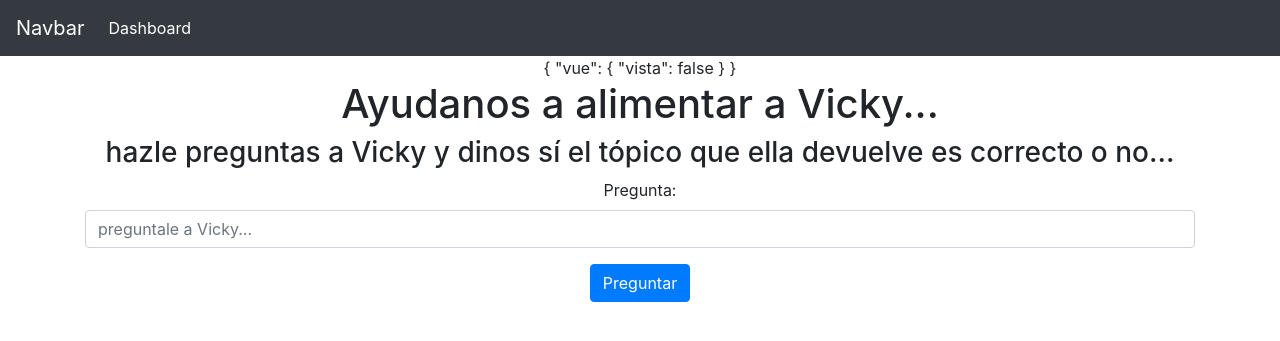
Repository: Crixtiancub/feedback_Vicky
Page: vicky/templates/dashboard.html
These files come from the project's save history. The page is drawn as it stood at one moment and after the next save; the edit follows.
The browser window is 1280 px wide. The pictures show the whole page.
The page is served by the project's application, run on Django 3.2 (manage.py). Other server files are loaded and not shown. The template is opened directly, without the code that normally fills it, so the values that code supplies are empty.

Above is the page before, as saved 2021-05-12 16:02:41.

### vicky/templates/dashboard.html
{% extends 'main.html' %}

{% block content %}

<div id="form_vicky" class="container text-center">

    [[ $data ]]

    <h1>Ayudanos a alimentar a Vicky...</h1>

    <h3>hazle {{ num_visits }} {%if num_visits == 1%} pregunta{% else %}
        preguntas{% endif %}  a Vicky y dinos sí el tópico que ella
        devuelve es correcto o no...</h3>

    <form id="preguntar_Vicky" action="{% url 'home' %}" @submit="vue.vista = true" method="POST">
        {% csrf_token%}

        <div class="form-group">
            <label for="txt_pregunta_Vicky">Pregunta:</label><br>

            <input type="text" id="txt_pregunta_Vicky"
            name="pregunta_Vicky" v-model="pregunta" class="col-sm form-control"
            placeholder="preguntale a Vicky..." required>
        </div>

        <button id="preguntar" class="btn btn-primary" type="submit">Preguntar</button>
    </form>

    <br>

    <template v-if="vue.vista">

        <form action="{% url 'home' %}" @submit="vue.vista = false" method="POST">
            {% csrf_token%}

            <h3>Su pregunta para Vicky fue...</h3>
            <input type="text" aling="center" class="col-sm-8"
            readonly name="retorno_Pregunta" value="{{ pregunta }}" >
            <br>
            <br>

            <h3>La respuesta Vicky es...</h3>
            <input type="text" aling="center" class="col-sm-8"
            readonly name="retorno_Respuesta" value="{{ respuesta }}">
            <br>

            <h3>Vicky contesto correctamente ?</h3>
            <br>

            <button type="submit" class="col-sm-2 btn btn-primary"
            id="responder_Si" value="Si" name="Si">
            <button type="submit" class="col-sm-2 btn btn-warning"
            id="responder_No" value="No" name="No">
        </form>

    </template>

</div>

<script>
    const app = new Vue({
        delimiters: ['[[', ']]'],
        el: '#form_vicky',
        data() {
            return {
                vue :{
                    vista: false
                }
            }
        },
    })
</script>

{% endblock %}

### vicky/templates/main.html
<!DOCTYPE html>
 <!-- Latest compiled and minified CSS -->
 <link rel="stylesheet" href="https://maxcdn.bootstrapcdn.com/bootstrap/4.5.2/css/bootstrap.min.css">

 <!-- jQuery library -->
 <script src="https://ajax.googleapis.com/ajax/libs/jquery/3.5.1/jquery.min.js"></script>

 <!-- Popper JS -->
 <script src="https://cdnjs.cloudflare.com/ajax/libs/popper.js/1.16.0/umd/popper.min.js"></script>

 <!-- Latest compiled JavaScript -->
 <script src="https://maxcdn.bootstrapcdn.com/bootstrap/4.5.2/js/bootstrap.min.js"></script>

<!-- versión de desarrollo, incluye advertencias de ayuda en la consola -->
<script src="https://unpkg.com/vue"></script>

<html>
    <head>
        <title>
            Prueba1
        </title>
    </head>
    <body>
        {% include 'navbar.html' %}

        {% block content %}

        {% endblock %}
    </body>
</html>

### vicky/templates/navbar.html
 <nav class="navbar navbar-expand-lg navbar-dark bg-dark">
    <a class="navbar-brand" href="#">Navbar</a>
    <button class="navbar-toggler" type="button" data-toggle="collapse" data-target="#navbarSupportedContent" aria-controls="navbarSupportedContent" aria-expanded="false" aria-label="Toggle navigation">
      <span class="navbar-toggler-icon"></span>
    </button>

    <div class="collapse navbar-collapse" id="navbarSupportedContent">
      <ul class="navbar-nav mr-auto">
        <li class="nav-item active">
          <a class="nav-link" href="{% url 'home' %}" disabled="true">Dashboard</a>
        </li>
        <!-- <li class="nav-item dropdown">
          <a class="nav-link dropdown-toggle" href="#" id="navbarDropdown" role="button" data-toggle="dropdown" aria-haspopup="true" aria-expanded="false">
            Dropdown
          </a>
          <div class="dropdown-menu" aria-labelledby="navbarDropdown">
            <a class="dropdown-item" href="#">Action</a>
            <a class="dropdown-item" href="#">Another action</a>
            <div class="dropdown-divider"></div>
            <a class="dropdown-item" href="#">Something else here</a>
          </div>
        </li>
        <li class="nav-item">
          <a class="nav-link disabled" href="#">Disabled</a>
        </li>
      </ul>
      <form class="form-inline my-2 my-lg-0">
        <input class="form-control mr-sm-2" type="search" placeholder="Search" aria-label="Search">
        <button class="btn btn-outline-success my-2 my-sm-0" type="submit">Search</button>
      </form> -->
    </div>
  </nav>

### prueba_Vicky/urls.py
"""prueba_Vicky URL Configuration

The `urlpatterns` list routes URLs to views. For more information please see:
    https://docs.djangoproject.com/en/3.2/topics/http/urls/
Examples:
Function views
    1. Add an import:  from my_app import views
    2. Add a URL to urlpatterns:  path('', views.home, name='home')
Class-based views
    1. Add an import:  from other_app.views import Home
    2. Add a URL to urlpatterns:  path('', Home.as_view(), name='home')
Including another URLconf
    1. Import the include() function: from django.urls import include, path
    2. Add a URL to urlpatterns:  path('blog/', include('blog.urls'))
"""
from django.contrib import admin
from django.urls import path, include

urlpatterns = [
    path('admin/', admin.site.urls),
    path('', include('vicky.urls'))
]

### vicky/urls.py
from django.urls import path
from . import views


# Direccionamiento de las paginas
urlpatterns = [
    path(r'', views.home, name='home'),
    path(r'noVisitas/', views.noVisitas, name="noVisitas"),
    path(r'respuesta_Vicky/', views.respuesta_Vicky, name='respuesta_Vicky')
]

After the next save:
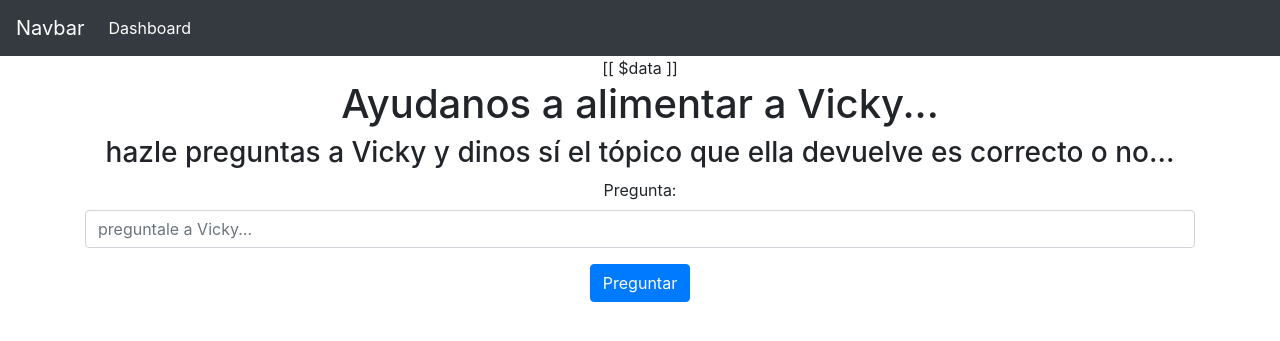
Saved 60 min 56 s later.
--- a/vicky/templates/dashboard.html
+++ b/vicky/templates/dashboard.html
@@ -12,7 +12,7 @@
         preguntas{% endif %}  a Vicky y dinos sí el tópico que ella
         devuelve es correcto o no...</h3>
 
-    <form id="preguntar_Vicky" action="{% url 'home' %}" @submit="vue.vista = true" method="POST">
+    <form id="preguntar_Vicky" action="{% url 'home' %}" method="POST">
         {% csrf_token%}
 
         <div class="form-group">
@@ -28,9 +28,9 @@
 
     <br>
 
-    <template v-if="vue.vista">
+    <template style="display: none;">
 
-        <form action="{% url 'home' %}" @submit="vue.vista = false" method="POST">
+        <form action="{% url 'home' %}" method="POST">
             {% csrf_token%}
 
             <h3>Su pregunta para Vicky fue...</h3>
@@ -58,17 +58,19 @@
 </div>
 
 <script>
-    const app = new Vue({
-        delimiters: ['[[', ']]'],
-        el: '#form_vicky',
-        data() {
-            return {
-                vue :{
-                    vista: false
-                }
-            }
-        },
-    })
+    $(document).ready(function(){
+	$("input[name=nombre1]").click(function(){
+		alert('Evento click sobre un input text con nombre="nombre1"');
+	});
+    //$("#nombre2").click(function(){
+	$("#preguntar").click(function(){
+		alert('Evento click sobre un input text con id="nombre2"');
+	});
+    //$(".nombre3").click(function(){
+	$("input[class=nombre3]").click(function(){
+	    alert('Evento click sobre un button con class="nombre3"');
+	});
+});
 </script>
 
 {% endblock %}
